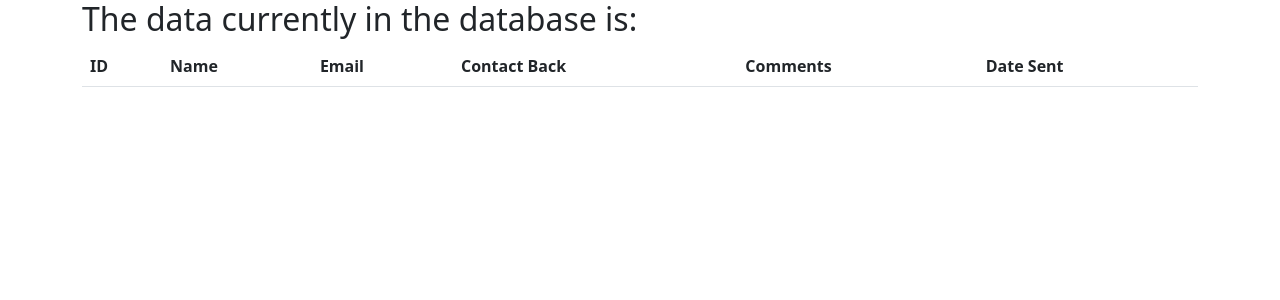
Repository: MarianCurtis/PHP-week3
Page: http://localhost/week6/lesson14.php
An editor plug-in stored every save of this project. The page is shown before and after the next save, followed by the edit.
The browser window is 1280 px wide. The pictures show the whole page.
The page is run by PHP 8.4 with error messages shown; the project is at /var/www/html/. Queries for data that is not in the repository find no rows.

Above is the page before, as saved 2023-03-19 16:14:46.

### week6/lesson14.php
<?php
    $hostname = "php-mysql-exercisedb.slccwebdev.com";
    $username = "phpmysqlexercise";
    $password = "mysqlexercise";
    $databasename = "php_mysql_exercisedb";

    try {
        //Create new PDO Object with connection parameters
        $conn = new PDO("mysql:host=$hostname;dbname=$databasename",$username, $password);

        //Set PDO error mode to exception
        $conn->setAttribute(PDO::ATTR_ERRMODE, PDO::ERRMODE_EXCEPTION);

        //Variable containing SQL command
        $sql = "SELECT * FROM mc_sp23_Contacts;";

        //Prepare SQL statement on server
        $stmt = $conn->prepare($sql);

        //Execute SQL statement on server
        $return = $conn->query($sql);




    } catch (PDOException $error) {

        //Return error code if one is created
        echo "Execution error: <br>" . $sql . "<br>" . $error->getMessage();
    }

    $conn = null;
?>

<!DOCTYPE html>
<html lang="en">
  <head>
    <meta charset="UTF-8">
    <meta http-equiv="X-UA-Compatible" content="IE-edge">
    <meta name="viewpoint" content="width=device-width, initial-scale=1.0">
    <!-- Adding Boostrap -->
    <link href="https://cdn.jsdelivr.net/npm/bootstrap@5.2.3/dist/css/bootstrap.min.css" rel="stylesheet"
    integrity="sha384-rbsA2VBKQhggwzxH7pPCaAqO46MgnOM80zW1RWuH61DGLwZJEdK2Kadq2F9CUG65" crossorigin="anonymous">

    <!-- JavaScript Bundle with Popper -->
    <script src="https://cdn.jsdelivr.net/npm/bootstrap@5.2.3/dist/js/bootstrap.bundle.min.js"
    integrity="sha384-kenU1KFdBIe4zVF0s0G1M5b4hcpxyD9F7jL+jjXkk+Q2h455rYXK/7HAuoJl+0I4"
    crossorigin="anonymous"></script>
    <title>Data Table</title>
   </head>
   <body>
    <!-- Table Section-->
    <section id="table">
      <div class="container">
        <div class="row">
          <div class="col">
            <h2>The data currently in the database is:</h2>

            <!--Table-->
            <table class="table" od="dataTable">
              <thead>
                <try>
                  <th scope="col">ID</th>
                  <th scope="col">Name</th>
                  <th scope="col">Email</th>
                  <th scope="col">Contact Back</th>
                  <th scope="col">Comments</th>
                  <th scope="col">Date Sent</th>
                </try>
              </thead>
              <tbody>
                <?php

                ?>
              </tbody>

            </table>
          </div>
        </div>
      </div>
    </section>
   </body>
</html>

After the next save:
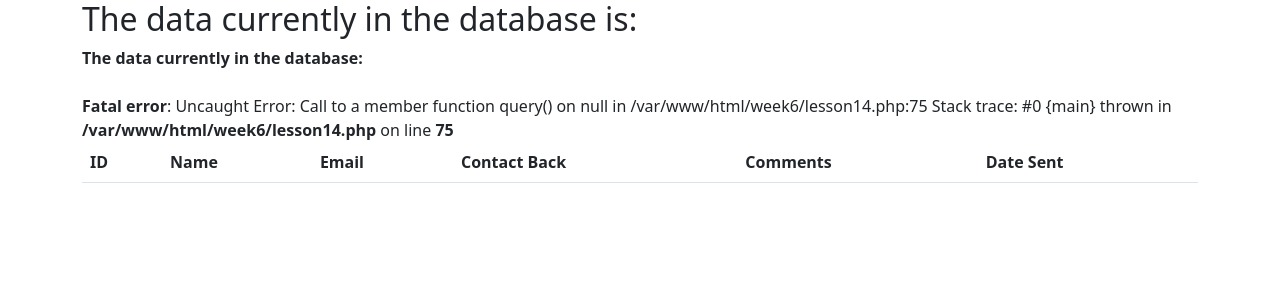
Saved 14 s later.
--- a/week6/lesson14.php
+++ b/week6/lesson14.php
@@ -70,7 +70,15 @@
               </thead>
               <tbody>
                 <?php
-
+ //Print returned data to the screen
+ echo "<b>The data currently in the database: </b><br>\n";
+ foreach ($conn->query($sql) as $row) {
+     echo $row['contactID'] . " | ";
+     echo $row['name'] . " | ";
+     echo $row['email'] . " | ";
+     echo $row['contactBack'] . " | ";
+     echo $row['comments'] . " | ";
+     echo $row['dateSent'] . "<br>\n";}
                 ?>
               </tbody>
 
